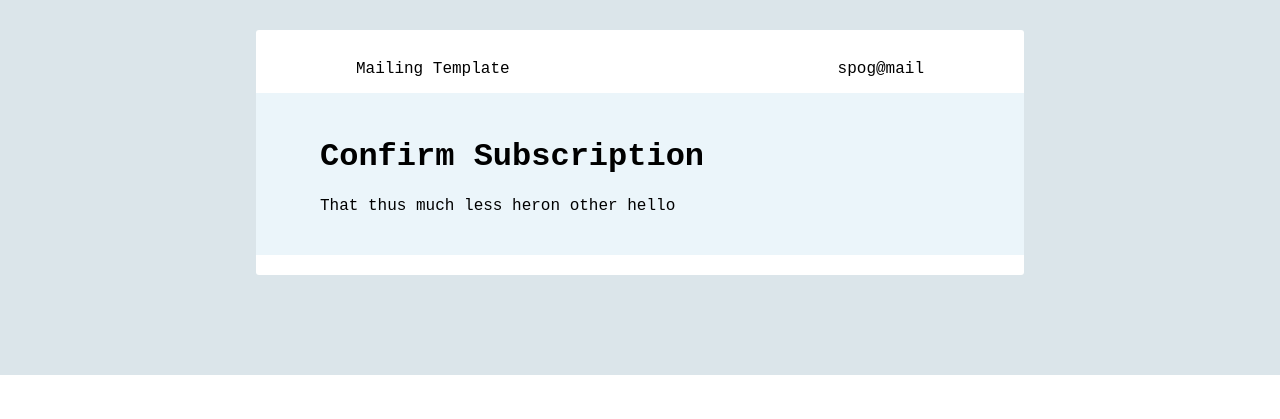
Repository: Lecon-Git/Appmail-Template
Page: mail.html
An editor plug-in stored every save of this project. The page is shown before and after the next save, followed by the edit.
The browser window is 1280 px wide. The pictures show the whole page.

Above is the page before, as saved 2021-11-01 21:37:35.

After the next save:
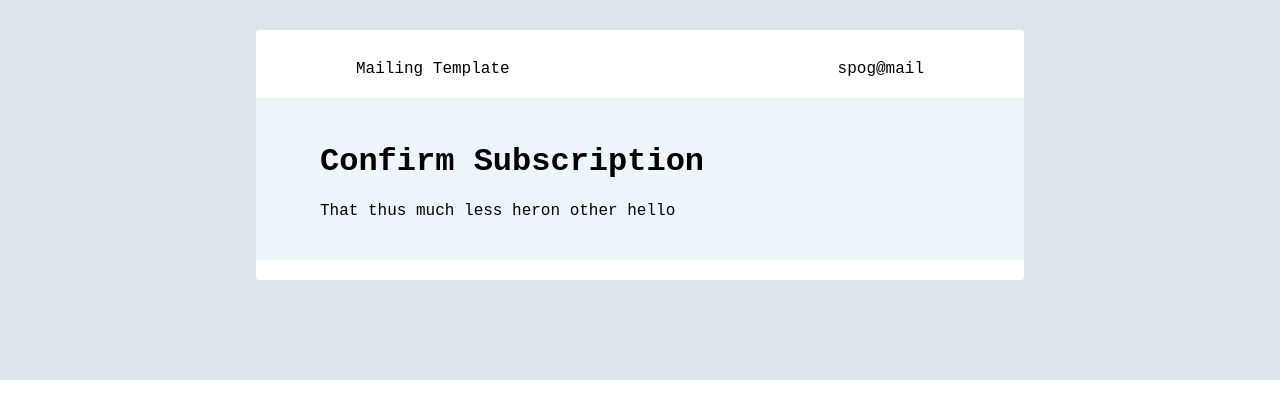
Saved 8 s later.
--- a/css/mail.css
+++ b/css/mail.css
@@ -19,7 +19,7 @@ body {
 .head_1 {
     display: flex;
     flex-direction: row;
-    padding: 10px 100px 15px;
+    padding: 10px 100px 20px;
 }
 
 .head_1 span {
